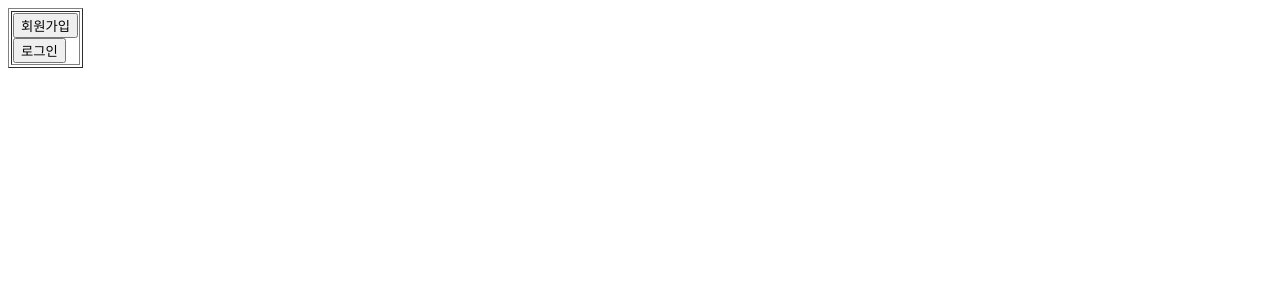
Repository: choiungsik/WEBStudy
Page: http://localhost/JSP/exMain.jsp
An editor plug-in stored every save of this project. The page is shown before and after the next save, followed by the edit.
The browser window is 1280 px wide. The pictures show the whole page.
The page is served by Tomcat 9.

Above is the page before, as saved 2020-07-15 02:31:06.

After the next save:
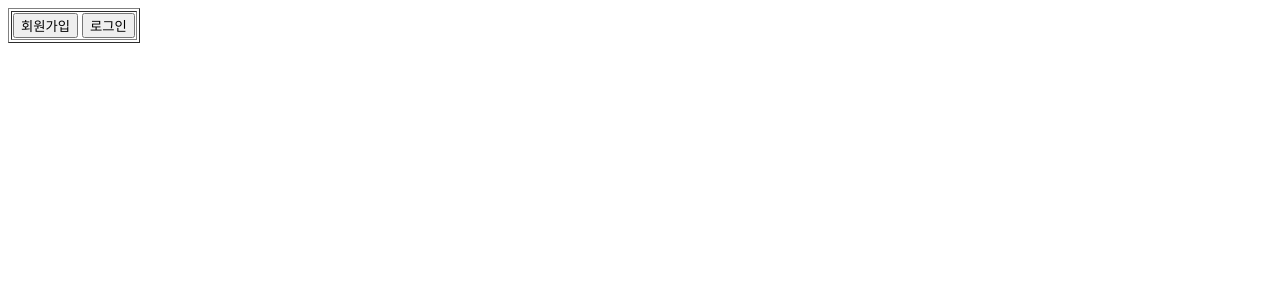
Saved 62 s later.
--- a/JSP/WebContent/exMain.jsp
+++ b/JSP/WebContent/exMain.jsp
@@ -10,9 +10,7 @@
 		<table border="1">
 			<td>
 	<a href = "exJoin.jsp"><button>회원가입</button></a>
-	<form action="exLogin.jsp">
-			<input type="submit" value="로그인">
-	</form>
+	<a href = "exLogin.jsp"><button>로그인</button></a>
 			</td>
 		</table>
 </body>

After the save that followed:
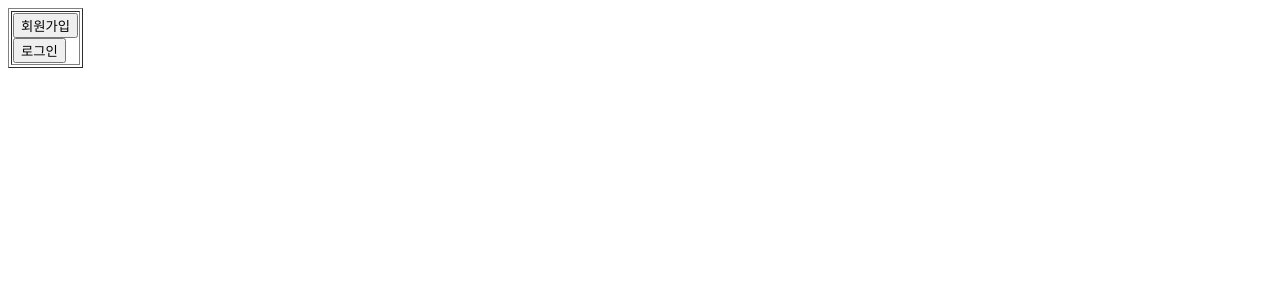
Saved 17 s later.
--- a/JSP/WebContent/exMain.jsp
+++ b/JSP/WebContent/exMain.jsp
@@ -9,7 +9,7 @@
 <body>
 		<table border="1">
 			<td>
-	<a href = "exJoin.jsp"><button>회원가입</button></a>
+	<a href = "exJoin.jsp"><button>회원가입</button></a><br>
 	<a href = "exLogin.jsp"><button>로그인</button></a>
 			</td>
 		</table>
